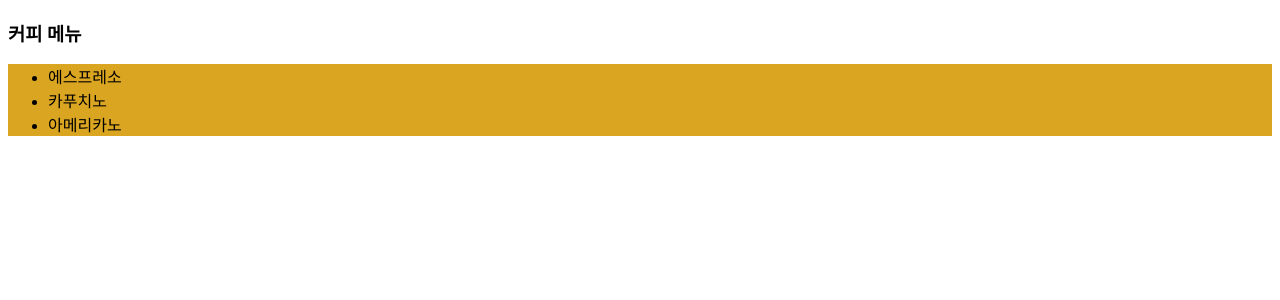
Repository: buildadoor/eclipse
Page: frontWeb/src/main/webapp/a05_cssHigh/a09_listCss.html
The author's editor kept a copy of each file at every save. The page is drawn from the files as they stood at one save, then again after the next save.
The browser window is 1280 px wide. The pictures show the whole page.

Above is the page before, as saved 2022-11-10 03:43:54.

### frontWeb/src/main/webapp/a05_cssHigh/a09_listCss.html
<!DOCTYPE html>
<html>
<head>
<meta charset="UTF-8">
<title>Insert title here</title>
<style type="text/css">
/*
# 리스트 모양을 꾸미는 css3 속성들
1. list-style-type : 아이템 마커 타입 지정
2. list-style-image : 아이템 마커 이미지 지정
3. list-style-postition : 아이템 마커의 출력 위치 지정 (아이템 영역 내 혹은 영역 바깥)
4. list-style : 위의 3개의 속성 값을 한 번에 지정하는 단축 속성
*/
ul{ background:goldenrod;

}
</style>
</head>
<body>
<h3>커피 메뉴</h3>
<ul>
		<li>에스프레소
		<li>카푸치노
		<li>아메리카노
</ul>
</body>
</html>

After the next save:
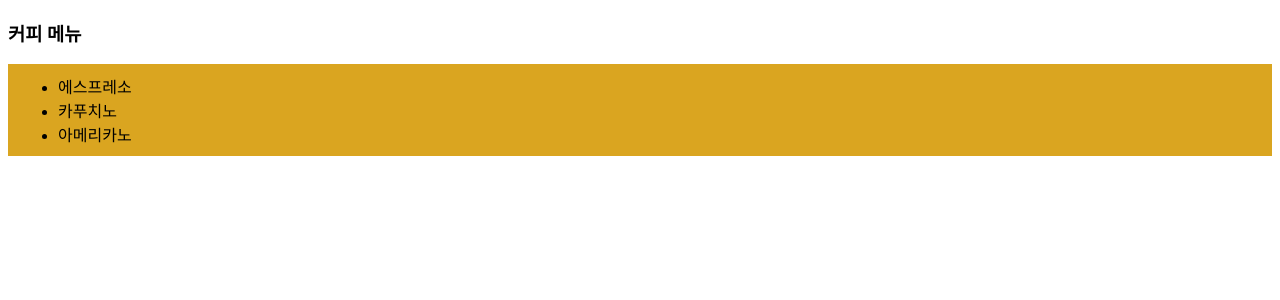
Saved 19 s later.
--- a/frontWeb/src/main/webapp/a05_cssHigh/a09_listCss.html
+++ b/frontWeb/src/main/webapp/a05_cssHigh/a09_listCss.html
@@ -11,9 +11,7 @@
 3. list-style-postition : 아이템 마커의 출력 위치 지정 (아이템 영역 내 혹은 영역 바깥)
 4. list-style : 위의 3개의 속성 값을 한 번에 지정하는 단축 속성
 */
-ul{ background:goldenrod;
-
-}
+ul{ background:goldenrod;padding:10px 10px 10px 50px;}
 </style>
 </head>
 <body>
